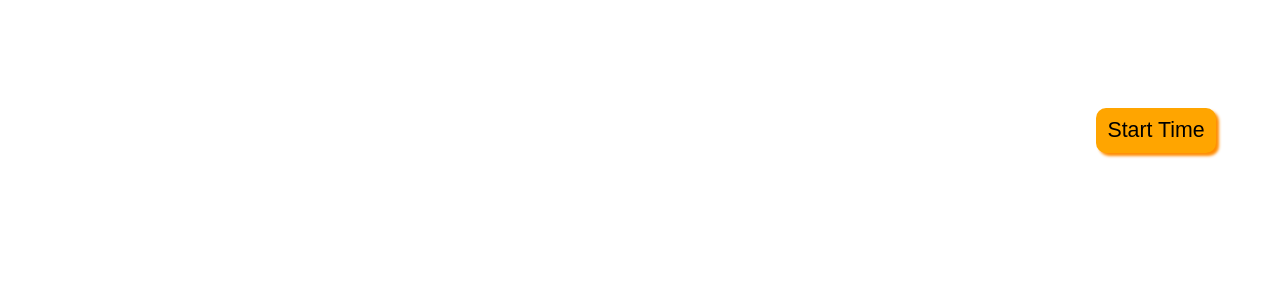
Repository: sylviaah/dynamicmidterm
Page: timer.html
An editor plug-in stored every save of this project. The page is shown before and after the next save, followed by the edit.
The browser window is 1280 px wide. The pictures show the whole page.

Above is the page before, as saved 2020-03-13 10:41:08.

### timer.html
<!DOCTYPE html>
<html>
    <head>
        <title>Timer</title>
        <link rel="stylesheet" href="timer.css">
    </head>
    <body>
        <div class="timer"><div class="innerTimer"></div></div>

        <div class="startTime" onclick="start()">Start Time</div>

        <script src="timer.js"></script>
    </body>
</html>

### timer.css
.timer {
    margin: 50px;
    visibility: hidden;
    width: 100px;
    height: 100px;
    border-radius: 50%;
    background: yellowgreen;
    background-image:
    linear-gradient(to right, transparent 50%, #655 0);
  }

.innerTimer {
    content: '';
    display: none;
    margin-left: 50%;
    height: 100%;
    border-radius: 0 100% 100% 0 / 50%;
    background-color:  yellowgreen;
    transform-origin: left;
    transform: rotate(0deg);
    animation: spin 5s linear infinite,
                bg 10s step-end infinite;
}

@keyframes spin {
    to { transform: rotate(.5turn); }
  }

@keyframes bg {
    50% { background: #655; }
}

.startTime{
    display: flex;
    position: fixed;
    top: 15%;
    right: 5%;
    width: 100px;
    justify-content: center;
    border-radius: 10px;
    padding: 10px 10px;
    background-color:orange;
    font-size: 16pt;
    font-family: Arial, Helvetica, sans-serif;
    box-shadow: 3px 3px 3px darkorange;
}

### timer.js
    var timeOut;

    function start(){
        document.querySelector(".timer").style.visibility = 'visible';
        document.querySelector(".innerTimer").style.display = 'block';
        timeOut = setTimeout(function(){stop(); }, 10000);
    }

    function stop(){
        document.querySelector(".timer").style.visibility = 'hidden';
        timeOut = setTimeout(function(){alert("Out of time!"); }, 1);
    }

After the next save:
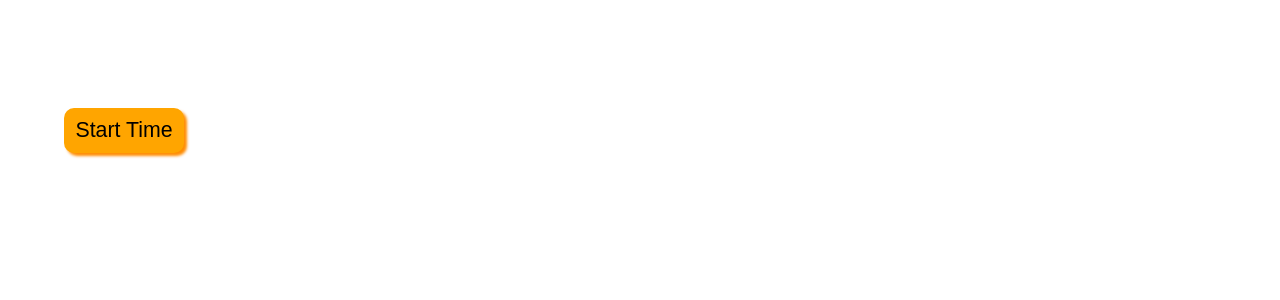
Saved 8 s later.
--- a/timer.css
+++ b/timer.css
@@ -34,7 +34,7 @@
     display: flex;
     position: fixed;
     top: 15%;
-    right: 5%;
+    left: 5%;
     width: 100px;
     justify-content: center;
     border-radius: 10px;
